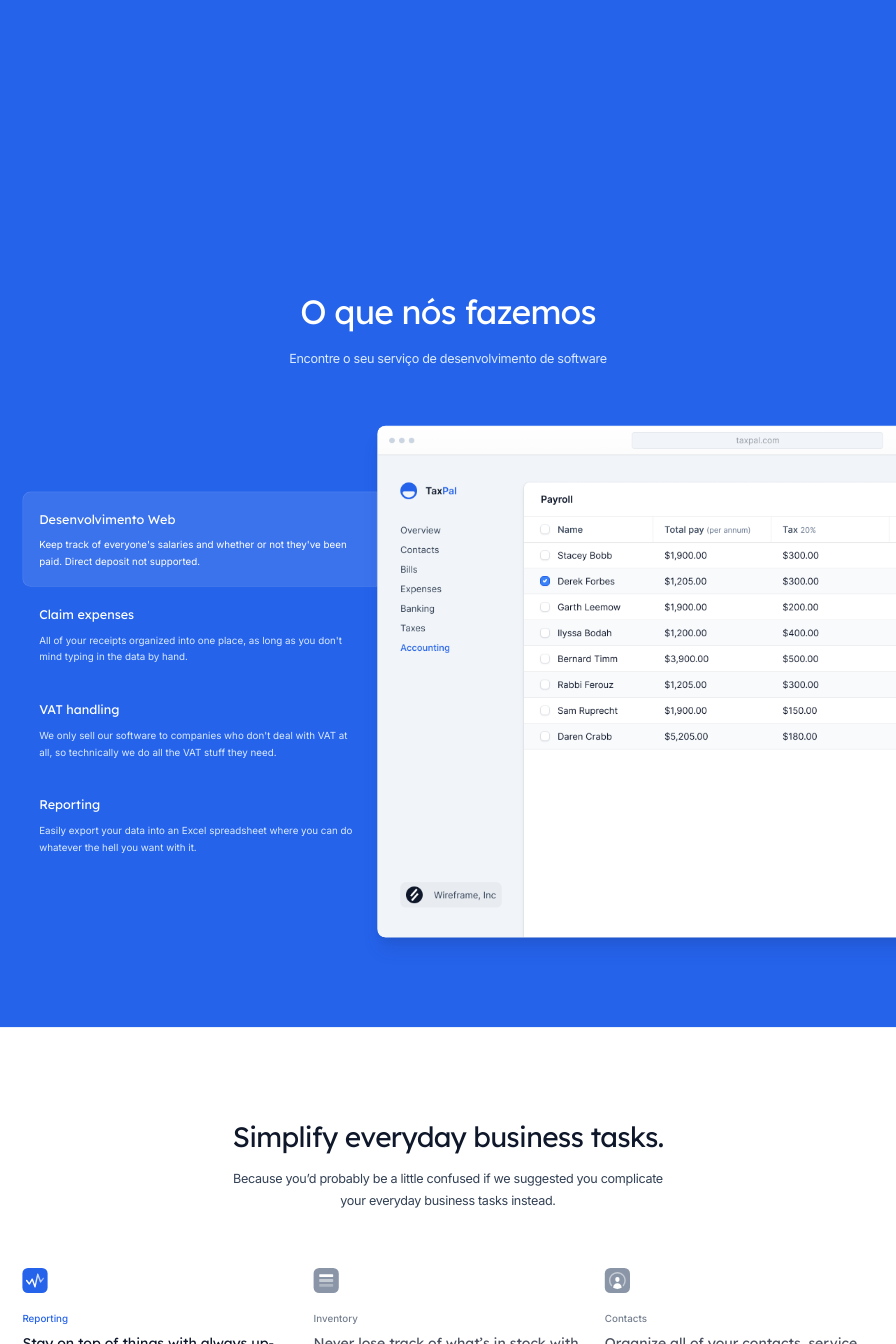
Repository: LuisSempre/imaginative
Page: /
An editor plug-in stored every save of this project. The page is shown before and after the next save, followed by the edit.
The browser window is 1280 px wide. The pictures show the part of the page from y = 1595 to 3515 px (the page is 9918 px tall), at 70% of full size.
The project was rebuilt for these pictures with package versions that can differ from the ones it lists, and the page was loaded fresh each time. The framework's server and built-in components were replaced by stand-ins that run in the browser. Also part of the build but not shown: next.config.js.

Above is the page before, as saved 2022-07-15 09:23:56.

After the next save:
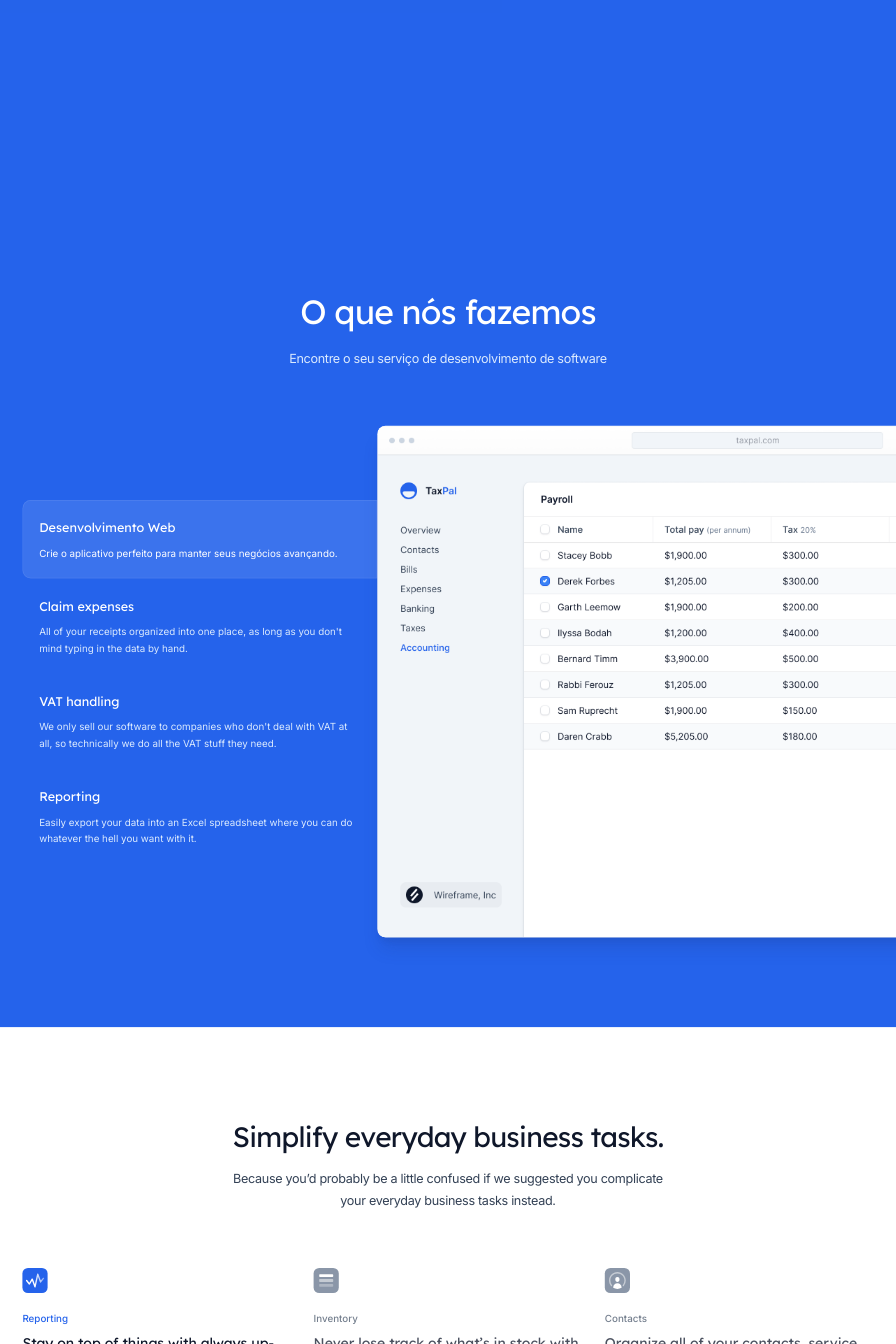
Saved 67 s later.
--- a/src/components/PrimaryFeatures.jsx
+++ b/src/components/PrimaryFeatures.jsx
@@ -14,7 +14,7 @@
   {
     title: 'Desenvolvimento Web',
     description:
-      "Keep track of everyone's salaries and whether or not they've been paid. Direct deposit not supported.",
+      "Crie o aplicativo perfeito para manter seus negócios avançando.",
     image: screenshotPayroll,
   },
   {
